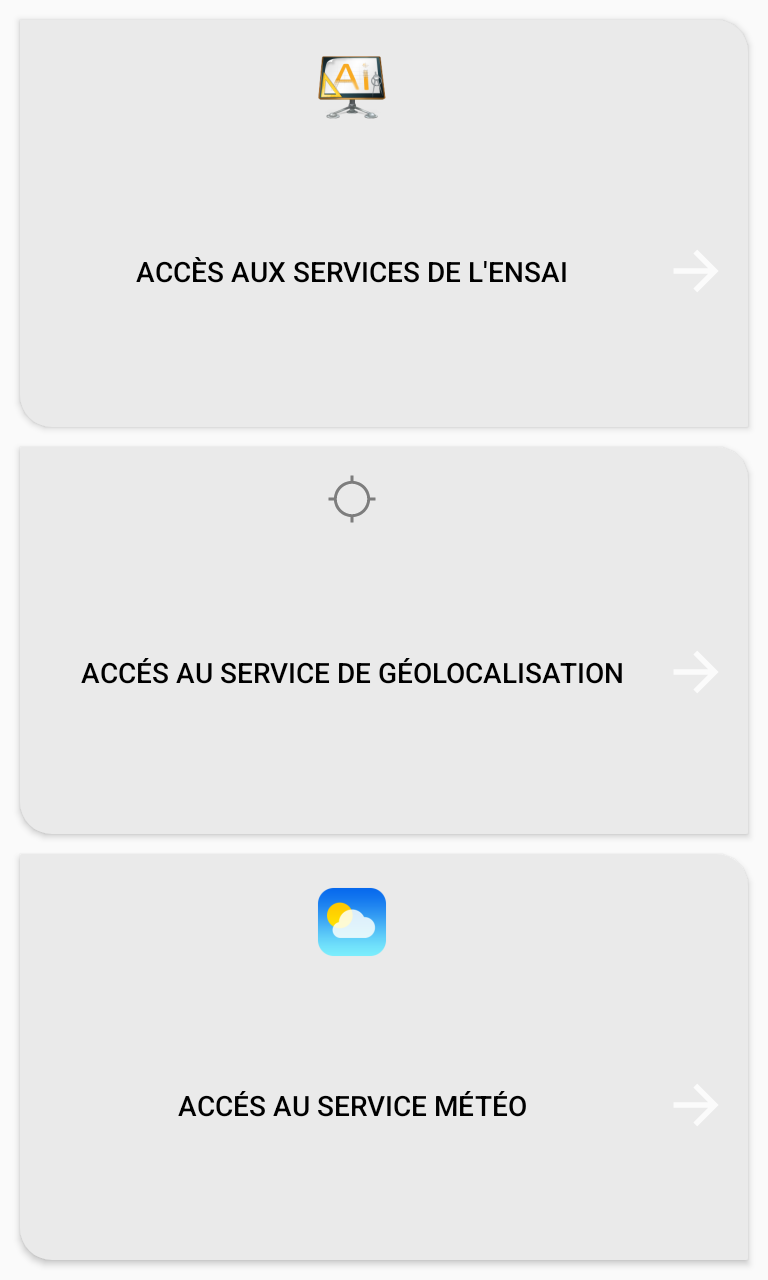
Repository: cpluuuusplus/WhoWantsKitKat
Layout: AppliPlus/res/layout/activity_menu_principal.xml
An editor plug-in stored every save of this project. The layout is shown before and after the next save, followed by the edit.
It is drawn on a 768 x 1280 px phone screen (xhdpi) without system bars, with theme Theme.AppCompat.Light; the app's code is not run.

Above is the layout before, as saved 2014-05-12 16:33:49.

### AppliPlus/res/layout/activity_menu_principal.xml
<?xml version="1.0" encoding="utf-8"?>
<LinearLayout xmlns:android="http://schemas.android.com/apk/res/android"
    android:layout_width="match_parent"
    android:layout_height="match_parent"
    android:background="@color/transparent"
    android:orientation="vertical" >

    <Button
        android:id="@+id/main_act1"
        android:layout_width="match_parent"
        android:layout_height="fill_parent"
        android:layout_marginLeft="10dp"
        android:layout_marginRight="10dp"
        android:layout_marginTop="10dp"
        android:layout_weight="1"
        android:background="@drawable/button_shape"
        android:drawableRight="@drawable/ic_action_forward"
        android:drawableTop="@drawable/shcool"
        android:onClick="pamplemousse"
        android:text="@string/school"
        android:textColor="@color/black_color" />

    <Button
        android:id="@+id/main_act2"
        android:layout_width="match_parent"
        android:layout_height="fill_parent"
        android:layout_margin="10dp"
        android:layout_weight="1"
        android:background="@drawable/button_shape"
        android:drawableRight="@drawable/ic_action_forward"
        android:drawableTop="@drawable/ic_action_location_searching"
        android:onClick="geolocalisation"
        android:text="@string/geo"
        android:textColor="@color/black_color" />

    <Button
        android:id="@+id/main_act3"
        android:layout_width="match_parent"
        android:layout_height="fill_parent"
        android:layout_marginBottom="10dp"
        android:layout_marginLeft="10dp"
        android:layout_marginRight="10dp"
        android:layout_weight="1"
        android:background="@drawable/button_shape"
        android:drawableRight="@drawable/ic_action_forward"
        android:drawableTop="@drawable/weather"
        android:onClick="meteo"
        android:text="@string/meteo"
        android:textColor="@color/black_color" />

</LinearLayout>

### AppliPlus/res/values/colors.xml
<?xml version="1.0" encoding="utf-8"?>
<resources>

    <color name="black_color">#000</color>
    <color name="white">#FFFFFF</color>
    <color name="yellow">#FFFF00</color>
    <color name="fuchsia">#FF00FF</color>
    <color name="red">#FF0000</color>
    <color name="silver">#C0C0C0</color>
    <color name="gray">#808080</color>
    <color name="olive">#808000</color>
    <color name="purple">#800080</color>
    <color name="maroon">#800000</color>
    <color name="aqua">#00FFFF</color>
    <color name="lime">#00FF00</color>
    <color name="teal">#008080</color>
    <color name="green">#008000</color>
    <color name="blue">#0000FF</color>
    <color name="navy">#000080</color>
    <color name="orange">#ff5500</color>
    <color name="transparent">#00000000</color>
    <color name="date_color">#999999</color>
    <color name="gold">#e6b121</color>
    <color name="blueback">#99FFFF</color>
    <color name="articlecolor">#3399FF</color>
    <color name="article_title">#3399FF</color>
    <color name="cachecolor">#8ad0e8</color>

</resources>

### AppliPlus/res/drawable-hdpi/button_shape.xml
<?xml version="1.0" encoding="utf-8"?>
<shape xmlns:android="http://schemas.android.com/apk/res/android"
    android:shape="rectangle" >

    <solid android:color="#EAEAEA" />

    <corners
        android:bottomLeftRadius="16dip"
        android:bottomRightRadius="1dip"
        android:topLeftRadius="1dip"
        android:topRightRadius="16dip" />

    <padding
        android:bottom="10dp"
        android:left="10dp"
        android:right="10dp"
        android:top="10dp" />

</shape>

### AppliPlus/res/values/strings.xml
<?xml version="1.0" encoding="utf-8"?>
<resources>

    <string name="app_name">Qui veut manger un KitKat ?</string>
    <string name="hello_world">Hello world!</string>
    <string name="nb_cours">%1$d cours viennent d\'être mis à jours</string>
    <string name="direct">Accès direct à pamplemousse viewer</string>
    <string name="refresh">Refresh</string>
    <string name="action_search">search</string>
    <string name="find_city">Rechercher une ville</string>

    <!-- Nom des menus ! -->

    <string name="home">Qui veut un KitKat ?</string>
    <string name="pamp_viewer">Accès à Pamplemousse</string>
    <string name="agenda_null">Première connection ? Renseignez vos identifiants, et synchroniser</string>
    <string name="url_error">Impossible de se connecter au serveur, veuillez vérifier vos identifiants et votre connection à internet</string>
    <string name="school">Accès aux services de l\'Ensai</string>
    <string name="connection">Accès à Pamplemousse</string>
    <string name="remote">Accès à Pamplemousse en ligne</string>
    <string name="pampl_desc">Emploi du temps, mails,...</string>
    <string name="geo">Accés au service de Géolocalisation</string>
    <string name="geo_desc">Géolocalisation</string>
    <string name="meteo">Accés au service Météo</string>
    <string name="meteo_desc">À</string>
    <string name="meteo_tc">Températures</string>
    <string name="meteo_wind">Vent</string>
    <string name="meteo_rain">Pluie</string>
    <string name="meteo_clouds">Nuages</string>
    <string name="valider_localite">Valider</string>
    <string name="desc_country">Pays</string>
    <string name="desc_sunrise">Levé du soleil</string>
    <string name="desc_sunset">Couché du soleil</string>
    <string name="desc_pressure">Pression</string>

    <!-- Cas non défini -->

    <string name="to_be_defined">En attente</string>

    <!-- Test login -->

    <string name="menu_settings">Settings</string>
    <string name="title_activity_main">MainActivity</string>
    <string name="image_content_description">Un Android avec un chien</string>
    <string name="login">S\'identifier</string>
    <string name="email">Id utilisateur</string>
    <string name="password">Mot de passe</string>
    <string name="connect">Se connecter</string>
    <string name="get_localite">Récupérer ma localisation actuelle</string>
    <string name="saisir_localite">Saisir une ville ici</string>
    <string name="desc_saisie_localite">Vous pouvez saisir une localité</string>
    <string name="temp">Ce champ doit etre rempli</string>
    <string name="geoloc_osm">Géolocationsation par OSM/OCM</string>

</resources>

After the next save:
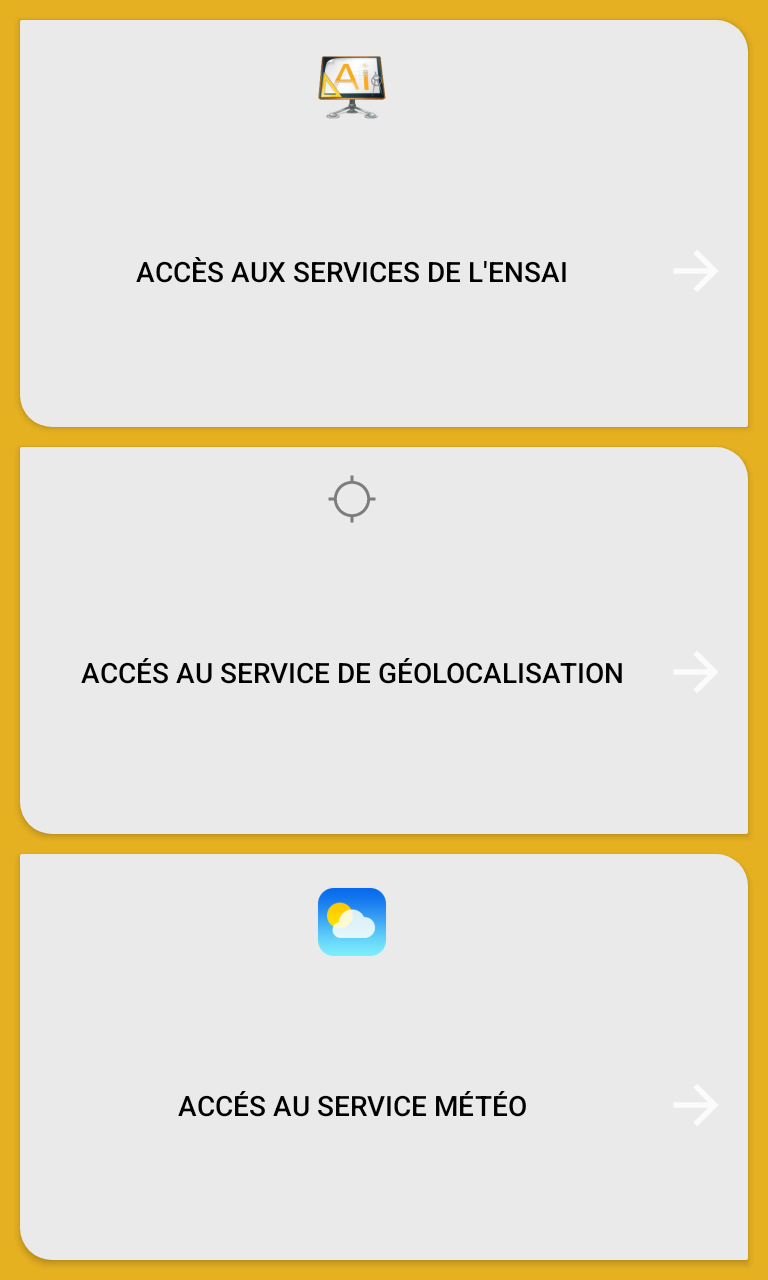
Saved 4 min 47 s later.
--- a/AppliPlus/res/layout/activity_menu_principal.xml
+++ b/AppliPlus/res/layout/activity_menu_principal.xml
@@ -2,7 +2,7 @@
 <LinearLayout xmlns:android="http://schemas.android.com/apk/res/android"
     android:layout_width="match_parent"
     android:layout_height="match_parent"
-    android:background="@color/transparent"
+    android:background="@color/gold"
     android:orientation="vertical" >
 
     <Button
